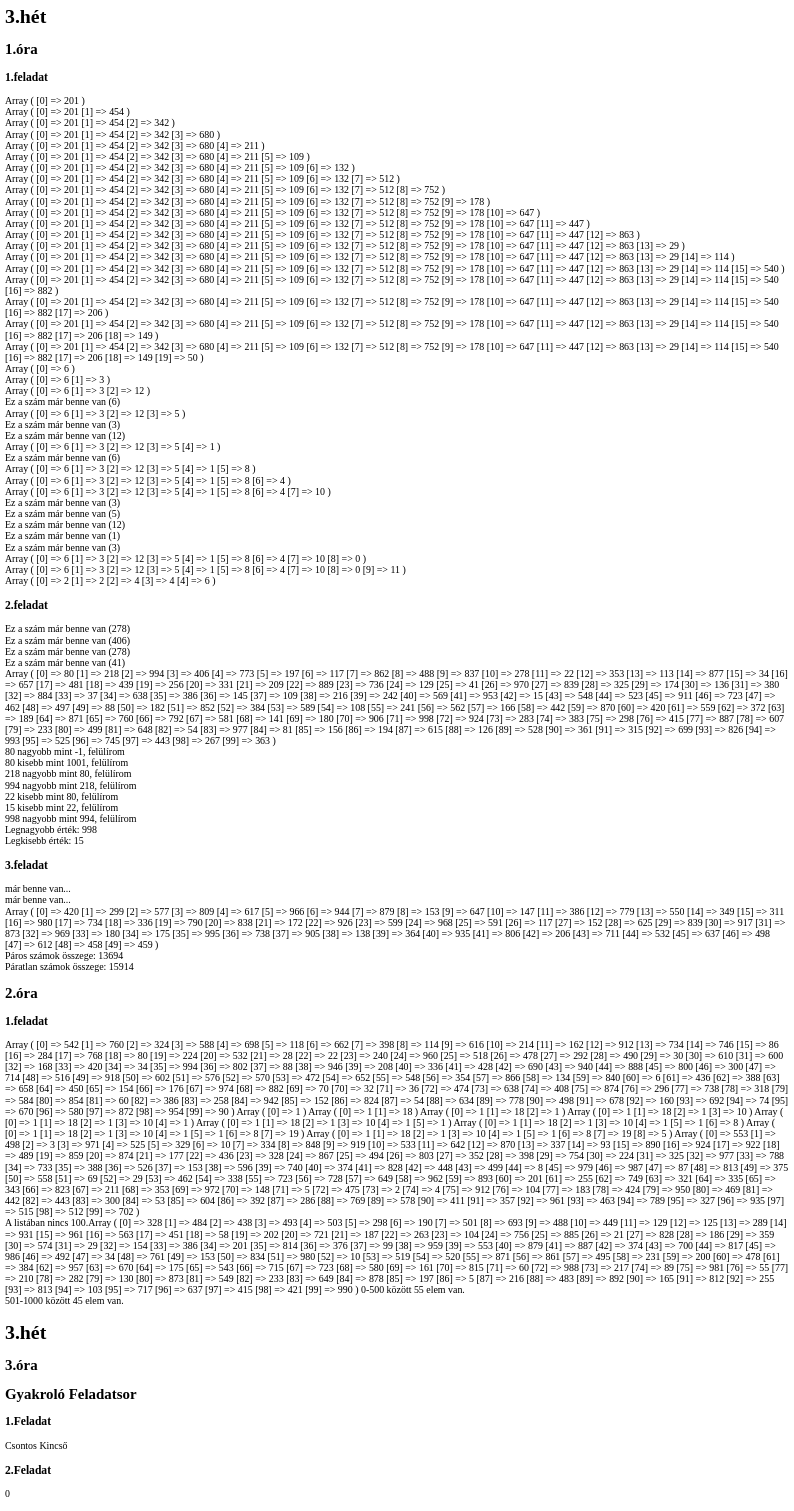
Repository: doomhyena/htdocs
Page: http://localhost/03.Week/index.php
An editor plug-in stored every save of this project. The page is shown before and after the next save, followed by the edit.
The browser window is 1280 px wide. The pictures show the whole page, at 62% of full size.
The page is run by PHP 8.4 with error messages shown; the project is at /var/www/html/.

Above is the page before, as saved 2024-09-20 12:12:42.

### 03.Week/index.php
<?php

// -----------------------------------------------------------------------------------------------------------------
// Első óra 2024/09/16 HÉTFŐ
// -----------------------------------------------------------------------------------------------------------------

echo "<h1>3.hét</h1>";
echo "<h2>1.óra</h2>";
echo "<h3>1.feladat</h3>";

/*
	 Feladat:

	 Hozz létre egy üres listát.
	 Állíts be egy FOR ciklust úgy, hogy 20x fusson le.
	 Minden lefutáskor generáltass egy random számot.
	 Ezt a random számot add hozzá a listához.
	 Minden lefutáskor írasd ki a lista tartalmát.
*/
	 $lista = array(); //lista létrerhozása

	 for($i=0;$i<20;$i++){ // for ciklus ami 20x fut let

		 $randomszam = rand(0, 1000); //random szám generálása 0 és 1000 kzött

		 array_push($lista, $randomszam); // belerakjuk a listába a randomszámot

		 print_r($lista); // lista kiírása
		 echo "<br>"; // sortörés

	 }

	$lista = array(); //lista létrerhozása

	 while(count($lista) < 10){ // while ciklus létrehozása

		 $randomszam = rand(0, 12); //random szám generálása 0 és 12 kzött

		 if(in_array($randomszam, $lista)){ // HA a szám szerepel már  a listában

			 echo "Ez a szám már benne van ($randomszam)<br>"; // kiírjuk, hogy a szám szerepl már a listában

		 }
		 else{ // Ha nem szerepel a listában

			 array_push($lista, $randomszam); // belerakjuk a randomszámot a listába

			 print_r($lista); // listakiírása
			 echo "<br>"; //sortörés

		 }

	 }

	 $lista = array(1, 2, 3, 4, 5);

	 for($i=0;$i<count($lista);$i++){

		 if($lista[$i]%2 == 1){
			 $lista[$i]++;
		 }

	 }

	 print_r($lista);
     echo "<h3>2.feladat</h3>";
/*
	 Feladat:

		 Tölts fel egy listát 100 darab random számmal 0 és 1000 között. (Egy szám csak egyszer szerepelhessen a listában)
*/
	 $lista = array();

	 while(count($lista) < 100){

		 $randomszam = rand(0, 1000);

		 if(in_array($randomszam, $lista)){
			 echo "Ez a szám már benne van ($randomszam)<br>";
		 }
		 else{
			 array_push($lista, $randomszam);

		 }

	 }

	 print_r($lista);
	 echo "<br>";

	 $legnagyobb = -1;
	 $legkisebb = 1001;

	 for($i=0;$i<count($lista);$i++){

		 if($lista[$i] > $legnagyobb){
			 echo "$lista[$i] nagyobb mint $legnagyobb, felülírom<br>";
			 $legnagyobb = $lista[$i];
		 }

		 if($lista[$i] < $legkisebb){
			 echo "$lista[$i] kisebb mint $legkisebb, felülírom<br>";
			 $legkisebb = $lista[$i];
		 }
	 }

	 echo "Legnagyobb érték: $legnagyobb<br>";
	 echo "Legkisebb érték: $legkisebb<br>";
     echo "<h3>3.feladat</h3>";

/*
	 Feladat

	 Hozz létre egy üres listát.
	 While ciklussal töltsd fel 50 random számmal 0 és 1000 között.
	 Készíts egy-egy
		 $parosak = 0;
		 $paratlanok = 0;
			 változót.
	 For ciklussal vizsgáld meg az összes számot.
	 Ha a lista adott eleme osztható kettővel, akkor az értékét add hozzá a $parosak változóhoz.
	 Ha nem osztható kettővel, akkor pedig a $páratlanok-hoz.
*/
	 $lista = array();

	 while(count($lista) < 50){

		 $randomszam = rand(0, 1000);

		 if(in_array($randomszam, $lista)){
			 echo "már benne van...<br>";
		 }
		 else{
			 array_push($lista, $randomszam);
		 }

	 }

	 print_r($lista);

	 $parosak = 0;
	 $paratlanok = 0;

	 for($i=0;$i<count($lista);$i++){

		 if($lista[$i]%2 == 0){
			 $parosak = $parosak + $lista[$i];
		 }
		 else{
			 $paratlanok = $paratlanok + $lista[$i];
		 }

	 }

	 echo "<br>Páros számok összege: $parosak<br>";
	 echo "Páratlan számok összege: $paratlanok";

     echo "<h2>2.óra</h2>";
     echo "<h3>1.feladat</h3>";

	//  Készíts egy 100 számból álló listát, amiben csak páros számok vannak.

	 $lista = array();

	 while(count($lista) < 100){

		 $randomszam = rand(0, 1000);

		 if(!in_array($randomszam, $lista)){

			 if($randomszam%2 == 0){

				 array_push($lista, $randomszam);

			 }

		 }

	 }

	 print_r($lista);

	 // Igaz hamis
	 $igaz = true;
	 $hamis = false;

	 // Addig fusson a ciklus, amíg nem találunk ötös számot a listában

	 $igaz_hamis = true;

	 $lista = array();

	 while($igaz_hamis){

		 $randomszam = rand(0, 20);

		 array_push($lista, $randomszam);

		 print_r($lista);

		 if(in_array(5, $lista)){
			 $igaz_hamis = false;
		 }

	 }

	 $lista = array();

	 while(count($lista) < 100){

		 $randomszam = rand(0, 1000);

		 if(!in_array($randomszam, $lista)){

			 array_push($lista, $randomszam);

		 }

	 }

	 $van_e_szaz = false;

	 for($i=0;$i<count($lista);$i++){

		 if($lista[$i] == 100){
			 $van_e_szaz = true;
		}
    }


	print_r($lista);
	echo "<br>";

	 if($van_e_szaz){
		 echo "A listában van 100.";
	 }
	 else{
		 echo "A listában nincs 100.";
	 }

/*
	 Feladat:

	 Tölts fel egy listát 100 darab különböző számmal 0 és 1000 között.
	 For ciklus segítségével számold meg, hogy hány darab szám van 0 és 500, 501 és 1000 között.
*/
	$lista = array();

	while(count($lista) < 100){

		$randomszam = rand(0, 1000);

		if(!in_array($randomszam, $lista)){
			array_push($lista, $randomszam);
		}

	}

	print_r($lista);

	$nulla_otszaz = 0;
	$otszazegy_ezer = 0;

	for($i=0;$i<count($lista);$i++){

		if($lista[$i] < 501){
			$nulla_otszaz++;
		}
		else{
			$otszazegy_ezer++;
		}
	}  // Ez a záró zárójel hiányzott

	//játkkulcs generátor
	//tömbök a tömbökben jövőhéten + rendezések 2024.09.16
	echo "0-500 között $nulla_otszaz elem van.<br>";
	echo "501-1000 között $otszazegy_ezer elem van.";


// -----------------------------------------------------------------------------------------------------------------
// Harmadik óra 2024/09/09 HÉTFŐ
// -----------------------------------------------------------------------------------------------------------------

echo "<h1>3.hét</h1>";
echo "<h2>3.óra</h2>";
echo "<h2>Gyakroló Feladatsor</h2>";

echo "<h3>1.Feladat</h3>";

echo "Csontos Kincső";

echo "<h3>2.Feladat</h3>";

$a = 5;
$b = 10;
$c = 3;

echo ($a + $b) % $c;

echo "<h3></h3>";
echo "<h3></h3>";
echo "<h3></h3>";
echo "<h3></h3>";
echo "<h3></h3>";
echo "<h3></h3>";
echo "<h3></h3>";
echo "<h3></h3>";
echo "<h3></h3>";
echo "<h3></h3>";
echo "<h3></h3>";
echo "<h3></h3>";
echo "<h3></h3>";
echo "<h3></h3>";
echo "<h3></h3>";

After the next save:
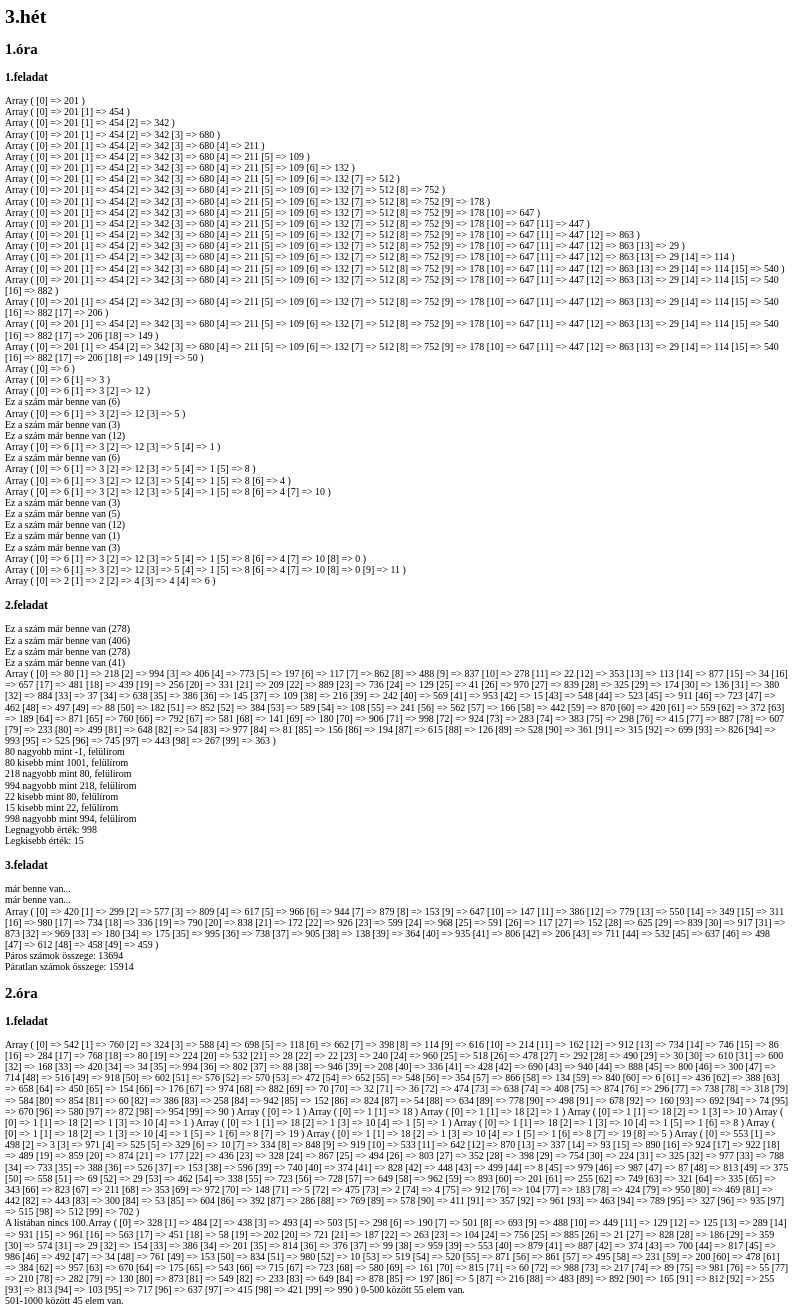
Saved 24 s later.
--- a/03.Week/index.php
+++ b/03.Week/index.php
@@ -275,40 +275,3 @@ echo "<h3>1.feladat</h3>";
 	//tömbök a tömbökben jövőhéten + rendezések 2024.09.16
 	echo "0-500 között $nulla_otszaz elem van.<br>";
 	echo "501-1000 között $otszazegy_ezer elem van.";
-
-
-// -----------------------------------------------------------------------------------------------------------------
-// Harmadik óra 2024/09/09 HÉTFŐ
-// -----------------------------------------------------------------------------------------------------------------
-
-echo "<h1>3.hét</h1>";
-echo "<h2>3.óra</h2>";
-echo "<h2>Gyakroló Feladatsor</h2>";
-
-echo "<h3>1.Feladat</h3>";
-
-echo "Csontos Kincső";
-
-echo "<h3>2.Feladat</h3>";
-
-$a = 5;
-$b = 10;
-$c = 3;
-
-echo ($a + $b) % $c;
-
-echo "<h3></h3>";
-echo "<h3></h3>";
-echo "<h3></h3>";
-echo "<h3></h3>";
-echo "<h3></h3>";
-echo "<h3></h3>";
-echo "<h3></h3>";
-echo "<h3></h3>";
-echo "<h3></h3>";
-echo "<h3></h3>";
-echo "<h3></h3>";
-echo "<h3></h3>";
-echo "<h3></h3>";
-echo "<h3></h3>";
-echo "<h3></h3>";
